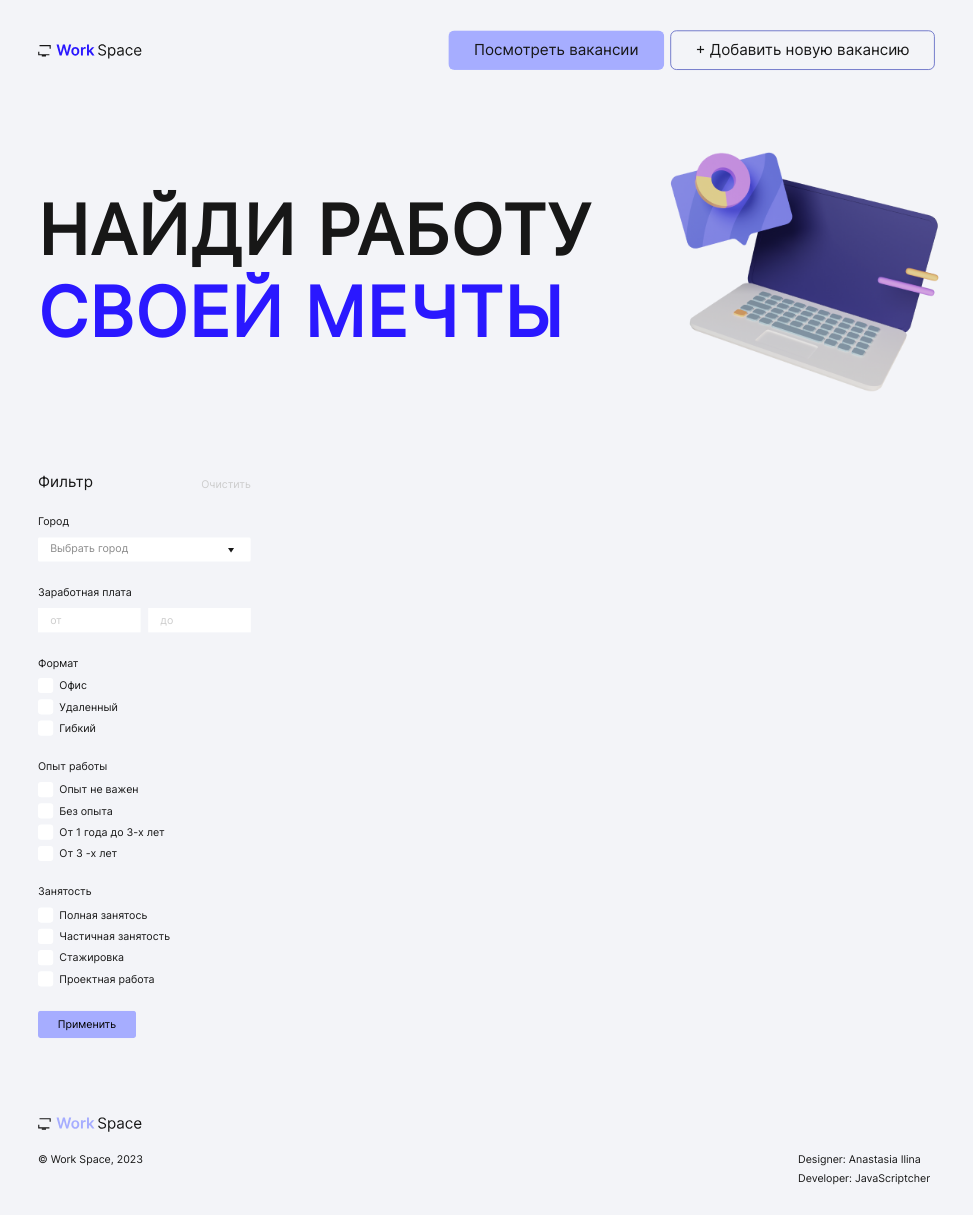
Repository: alexboagreek/workspace_js
Page: index.html
The author's editor kept a copy of each file at every save. The page is drawn from the files as they stood at one save, then again after a run of saves.
The browser window is 1280 px wide. The pictures show the whole page, at 76% of full size.
The page's requests for data from a server got no answer.

Above is the page before, as saved 2023-09-13 07:46:33.

After the next 2 saves:
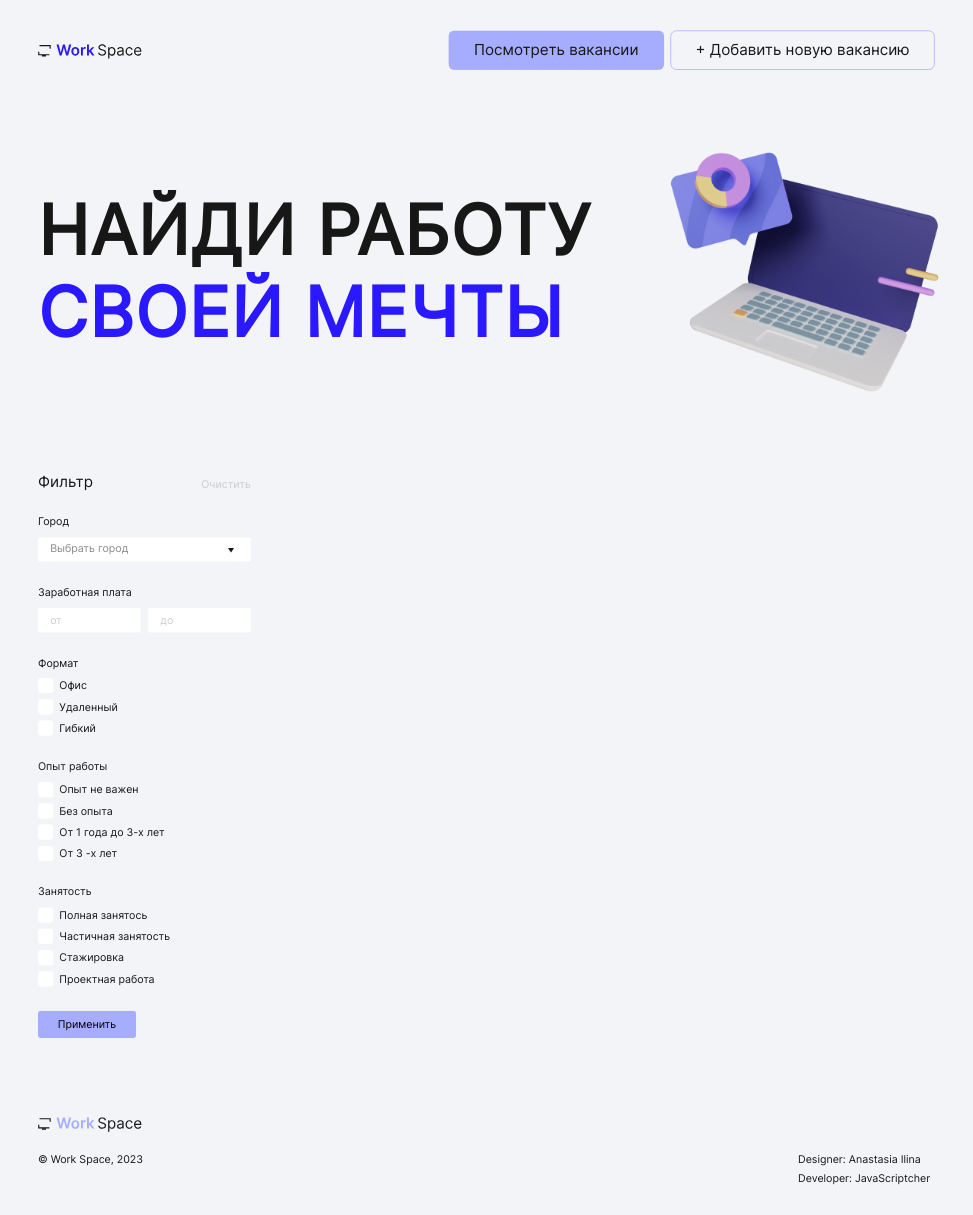
The 2 saves are shown as one change because they came seconds apart.
The last was saved 32 s later.
--- a/style/header.css
+++ b/style/header.css
@@ -27,7 +27,8 @@
 
 .header__link_o {
   background-color: transparent;
-  border: 1px solid #4F58be;
+  border-radius: 8px;
+border: 1px solid #A6ADFF;
 }
 
 .header__link:focus-visible {
